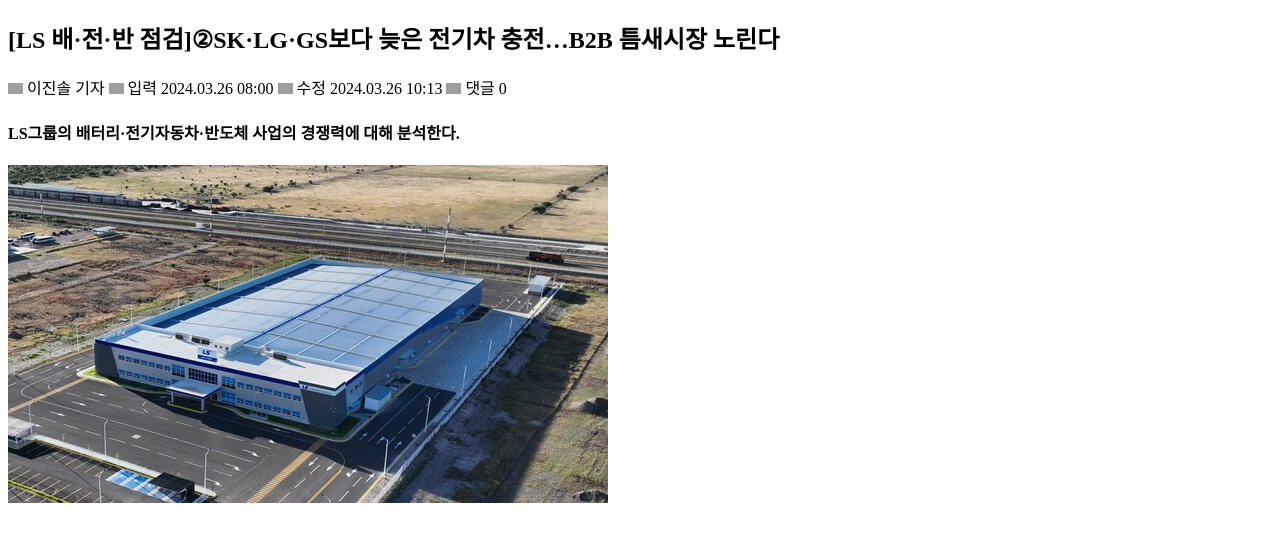
Repository: donggri1/WORKSPACE
Page: WebClass/webPro/src/main/webapp/html/days03/ex06.html
The author's editor kept a copy of each file at every save. The page is drawn from the files as they stood at one save, then again after the next save.
The browser window is 1280 px wide. The pictures show the whole page.
Pictures or frames that could not be fetched are drawn as grey boxes.

Above is the page before, as saved 2024-03-26 01:38:25.

After the next save:
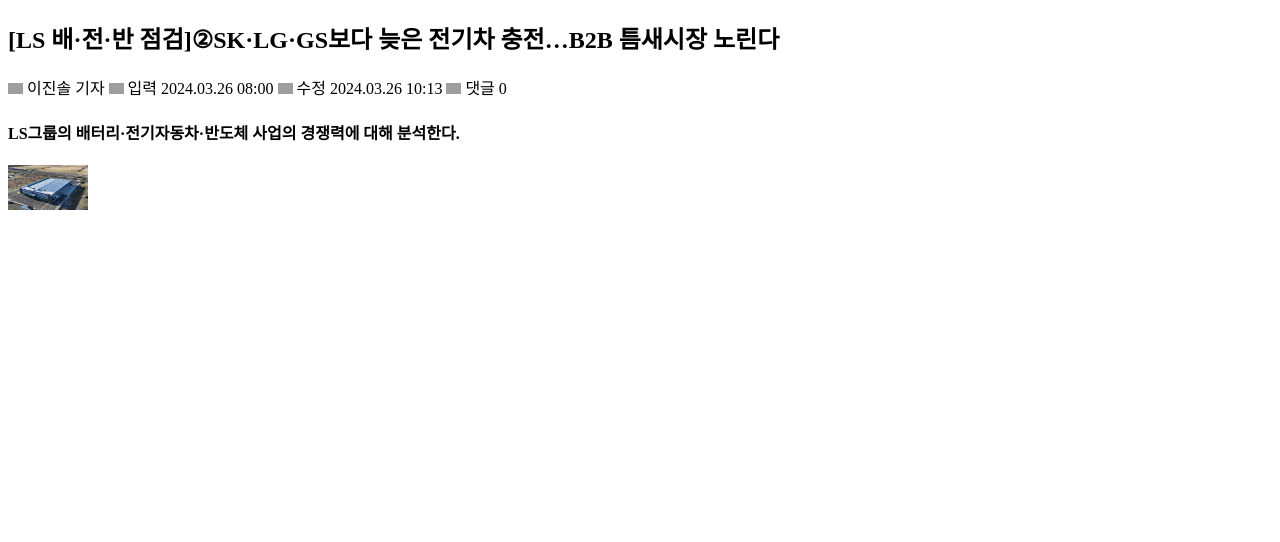
Saved 21 s later.
--- a/WebClass/webPro/src/main/webapp/html/days03/ex06.html
+++ b/WebClass/webPro/src/main/webapp/html/days03/ex06.html
@@ -12,6 +12,6 @@
 <img alt="pe" width="15" src="../../images/SiSt.ico"> 수정 2024.03.26 10:13
 <img alt="pe" width="15" src="../../images/SiSt.ico"> 댓글 0
 <h4>LS그룹의 배터리·전기자동차·반도체 사업의 경쟁력에 대해 분석한다. </h4>
-<img alt="img" src="../images/factory.jpg">
+<img alt="img" width="80" src="../images/factory.jpg">
 </body>
 </html>
